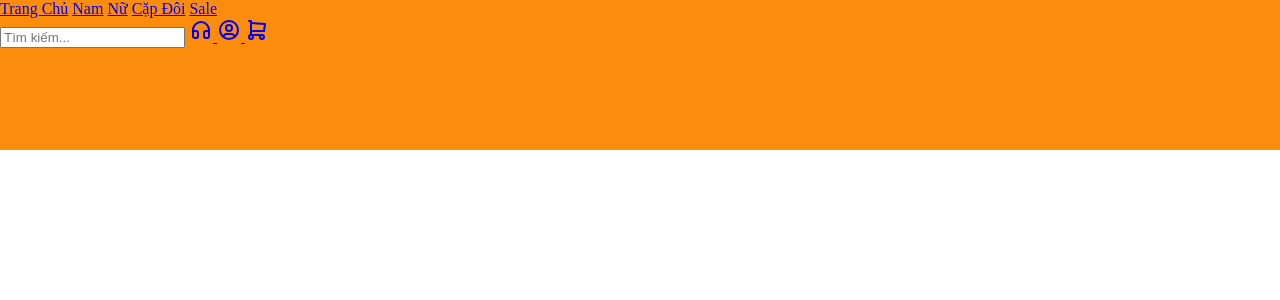
Repository: manhhieu120499/demo_page
Page: nam.html
These files come from the project's save history. The page is drawn as it stood at one moment and after a run of saves; the edit follows.
The browser window is 1280 px wide. The pictures show the whole page.

Above is the page before, as saved 2023-03-04 15:46:16.

After the next 2 saves:
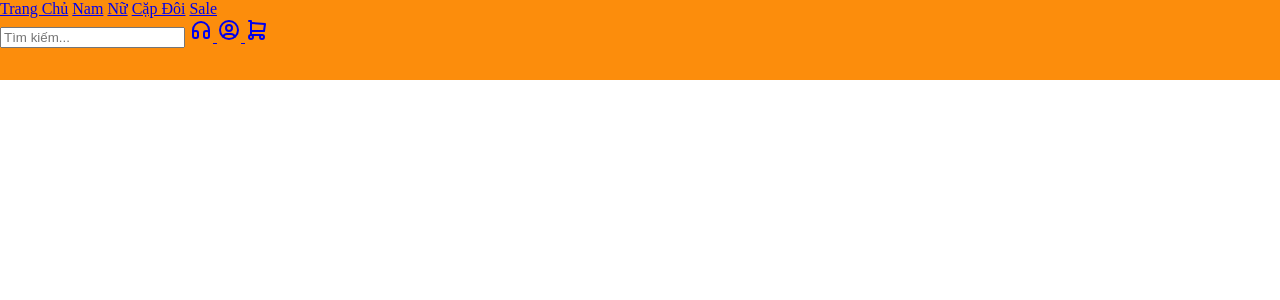
The 2 saves are shown as one change because they came seconds apart.
The last was saved 8 s later.
--- a/style_nam.css
+++ b/style_nam.css
@@ -6,5 +6,5 @@
 .header {
     background-color: #FC8D0C;
     width: 100%;
-    height: 150px;
+    height: 80px;
 }
